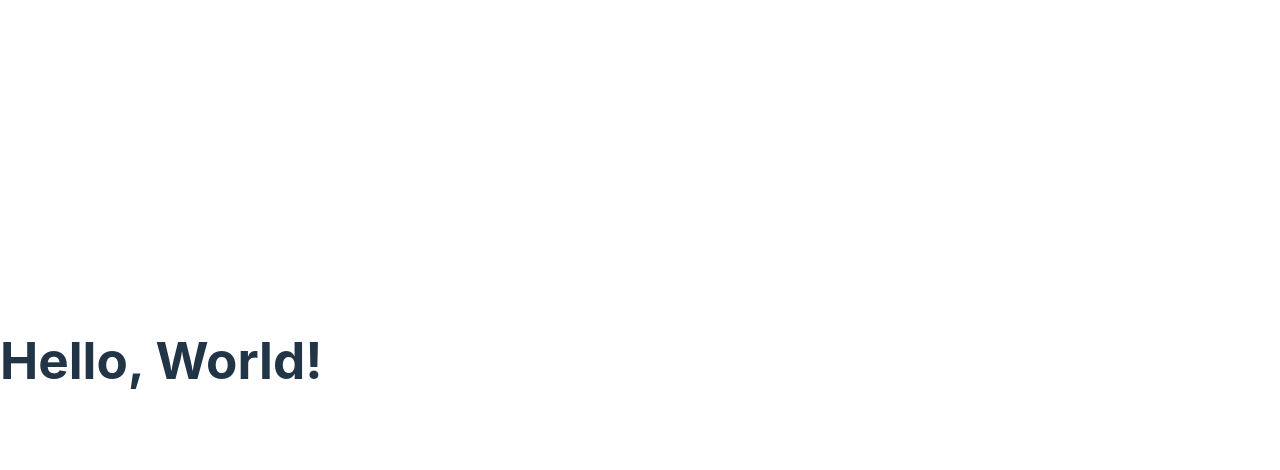
Repository: rmdayberry/hello-world
Page: /
These files come from the project's save history. The page is drawn as it stood at one moment and after the next save; the edit follows.
The browser window is 1280 px wide. The pictures show the whole page.
The project was rebuilt for these pictures with package versions that can differ from the ones it lists, and the page was loaded fresh each time. Also part of the build but not shown: vite.config.js.

Above is the page before, as saved 2024-08-18 16:44:29.

### src/App.jsx
import HelloWorld from "./HelloWorld.jsx";

function App() {
  return (
    <div>
      <HelloWorld />
    </div>
  );
}

export default App;

### src/HelloWorld.jsx
export default function HelloWorld() {
  return <h1>Hello, World!</h1>;
}

Loaded but not shown: index.html (common file); src/main.jsx (common file); src/index.css (common file)

After the next save:
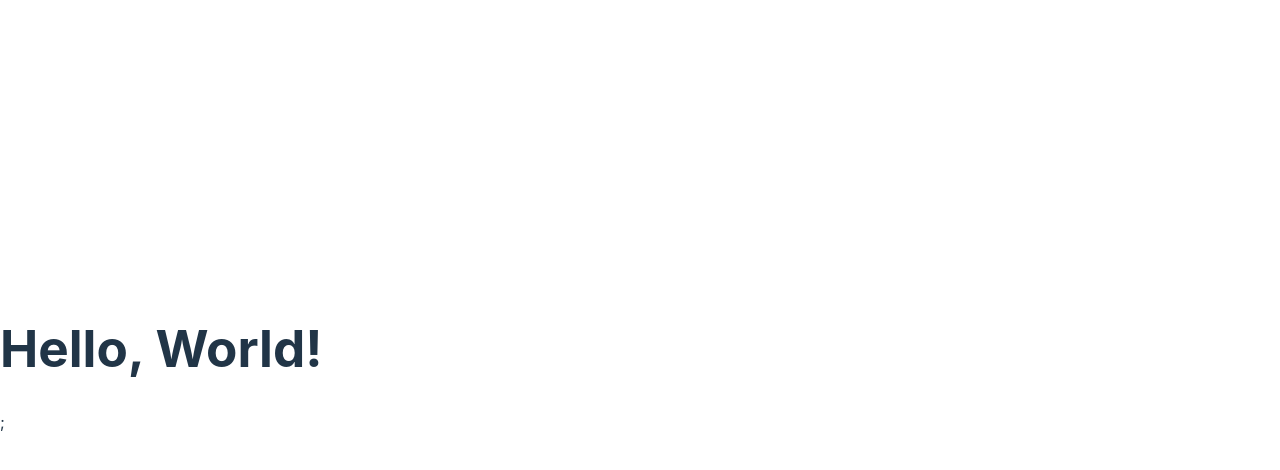
Saved 36 s later.
--- a/src/App.jsx
+++ b/src/App.jsx
@@ -1,9 +1,9 @@
-import HelloWorld from "./HelloWorld.jsx";
+import HelloWorld from "./HelloWorld";
 
 function App() {
   return (
     <div>
-      <HelloWorld />
+      <HelloWorld />;
     </div>
   );
 }
